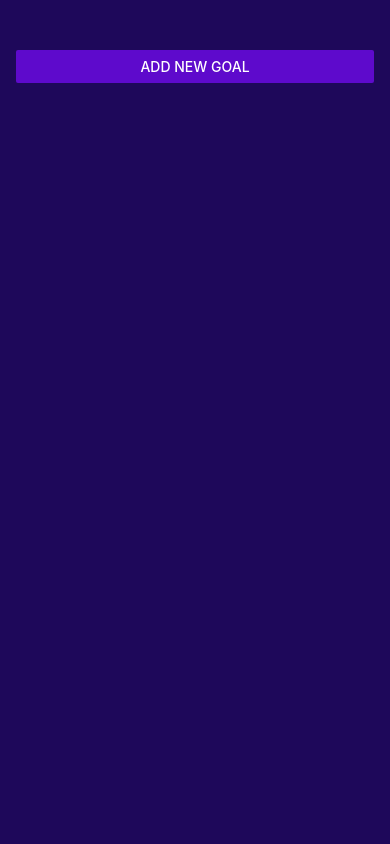
Repository: vanh1604/Todo-List
Screen: /
An editor plug-in stored every save of this project. The screen is shown before and after the next save, followed by the edit.
The app was drawn by React Native's web renderer in a window 390 px wide. The project was rebuilt for these pictures with package versions that can differ from the ones it lists, and the page was loaded fresh each time. Also part of the build but not shown: Components/GoalItem.js.

Above is the screen before, as saved 2023-06-17 15:48:55.

### App.js
import { useState } from "react";
import { StyleSheet, View, FlatList, Button } from "react-native";
import GoalItem from "./Components/GoalItem";
import GoalInput from "./Components/GoalInput";

export default function App() {
  const [modalIsVisible, setModalIsVisible] = useState(false);
  const [courseGoals, setCourseGoals] = useState([]);

  const addGoalHandler = (enteredGoalText) => {
    setCourseGoals((currentCourseGoals) => [
      ...currentCourseGoals,
      { text: enteredGoalText, id: Math.random().toString() },
    ]);
    endAddGoalHandler();
  };
  const DeleteGoalsHandler = (id) => {
    setCourseGoals((currentCourseGoals) => {
      return currentCourseGoals.filter((goal) => goal.id !== id);
    });
  };
  const startAddGoalHandler = () => {
    setModalIsVisible(true);
  };
  const endAddGoalHandler = () => {
    setModalIsVisible(false);
  };
  return (
    <View style={styles.appContainer}>
      <Button
        title="Add New Goal"
        color="#5e0acc"
        onPress={startAddGoalHandler}
      />
      <GoalInput
        visible={modalIsVisible}
        onAddGoal={addGoalHandler}
        onCancel={endAddGoalHandler}
      />
      <View style={styles.goalsContainer}>
        <FlatList
          data={courseGoals}
          renderItem={(itemData) => {
            return (
              <GoalItem
                text={itemData.item.text}
                id={itemData.item.id}
                onDeleteItem={DeleteGoalsHandler}
              />
            );
          }}
          keyExtractor={(item, index) => {
            return item.id;
          }}
          alwaysBounceVertical={false}
        />
      </View>
    </View>
  );
}

const styles = StyleSheet.create({
  appContainer: {
    flex: 1,
    paddingTop: 50,
    paddingHorizontal: 16,
    backgroundColor: "#1e085a",
  },
  goalsContainer: {
    flex: 5,
  },
});

### Components/GoalInput.js
import React from "react";
import {
  StyleSheet,
  View,
  TextInput,
  Button,
  Modal,
  Image,
} from "react-native";
import { useState } from "react";
function GoalInput(props) {
  const [enteredGoalText, setEnteredGoalText] = useState("");
  const goalInputHandler = (enteredText) => {
    setEnteredGoalText(enteredText);
  };
  const addGoal = () => {
    props.onAddGoal(enteredGoalText);
    setEnteredGoalText("");
  };
  return (
    <Modal visible={props.visible} animationType="slide">
      <View style={styles.inputContainer}>
        <Image
          style={styles.image}
          source={require("../assets/image/goal.png")}
        />
        <TextInput
          style={styles.textInput}
          placeholder="Your course goal!"
          onChangeText={goalInputHandler}
          value={enteredGoalText}
        ></TextInput>
        <View style={styles.buttonContainer}>
          <View style={styles.button}>
            <Button title="Cancel" onPress={props.onCancel} color="#f31282" />
          </View>
          <View style={styles.button}>
            <Button title="Add goals" onPress={addGoal} color="#b180f0" />
          </View>
        </View>
      </View>
    </Modal>
  );
}
const styles = StyleSheet.create({
  inputContainer: {
    flex: 1,
    justifyContent: "center",
    alignItems: "center",
    padding: 16,
    backgroundColor: "#311b6b",
  },
  image: {
    width: 100,
    height: 100,
    margin: 20,
  },
  textInput: {
    borderWidth: 1,
    borderColor: "#e4d0ff",
    backgroundColor: "#e4d0ff",
    color: "#120438",
    borderRadius: 6,
    width: "100%",
    padding: 16,
  },
  buttonContainer: {
    marginTop: 16,
    flexDirection: "row",
  },
  button: {
    width: 100,
    marginHorizontal: 8,
  },
});
export default GoalInput;

After the next save:
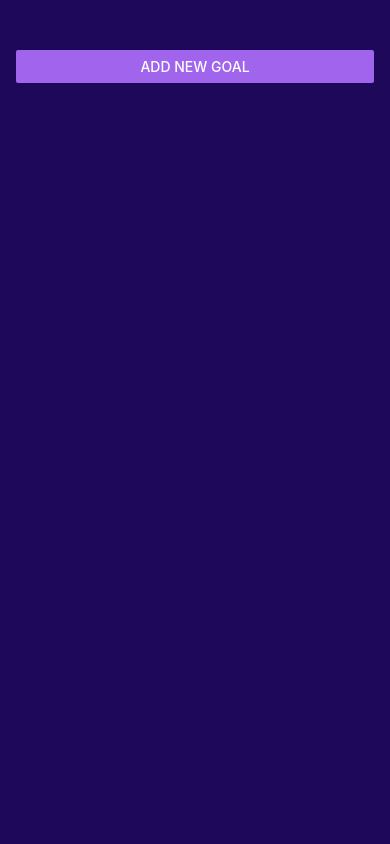
Saved 49 s later.
--- a/App.js
+++ b/App.js
@@ -29,7 +29,7 @@ export default function App() {
     <View style={styles.appContainer}>
       <Button
         title="Add New Goal"
-        color="#5e0acc"
+        color="#a065ec"
         onPress={startAddGoalHandler}
       />
       <GoalInput
